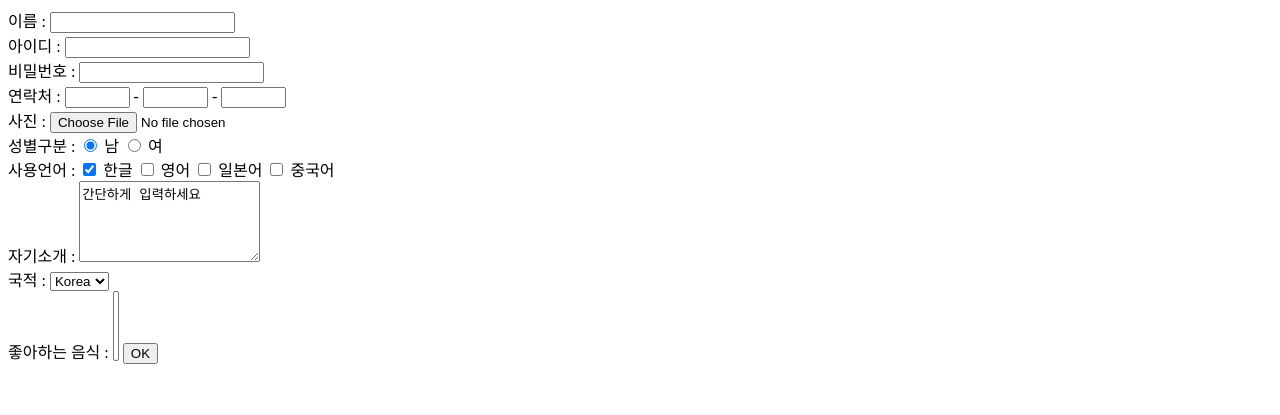
Repository: usonihs/StudyX
Page: JSP/HTML/src/main/webapp/Lec06.html
These files come from the project's save history. The page is drawn as it stood at one moment and after the next save; the edit follows.
The browser window is 1280 px wide. The pictures show the whole page.

Above is the page before, as saved 2022-10-19 06:12:57.

After the next save:
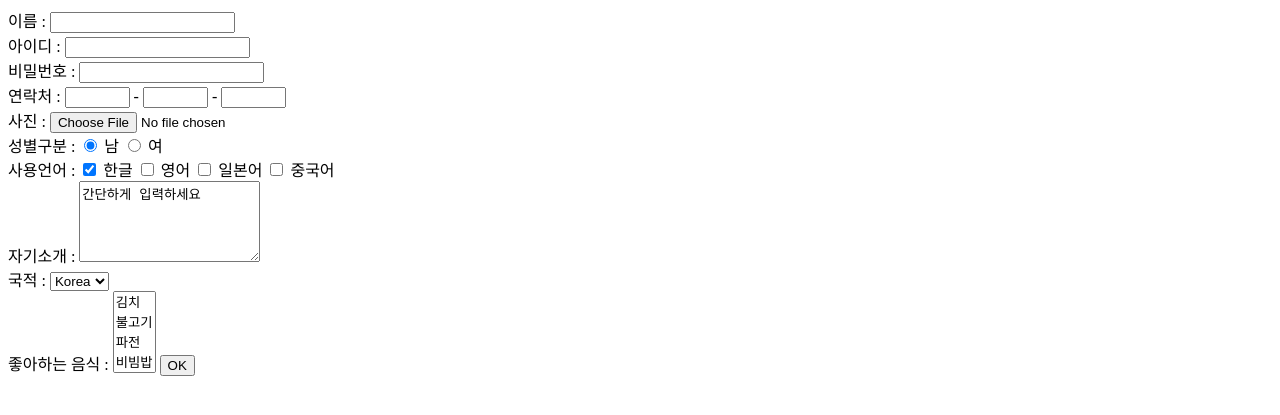
Saved 36 s later.
--- a/JSP/HTML/src/main/webapp/Lec06.html
+++ b/JSP/HTML/src/main/webapp/Lec06.html
@@ -36,7 +36,12 @@
 
 		좋아하는 음식 :
 		<select multiple="multiple">
-		<option></option>
+		<option>김치</option>
+		<option>불고기</option>
+		<option>파전</option>
+		<option>비빔밥</option>
+		<option>냉면</option>
+		<option>순대</option>
 		</select>
 
 		<input type="submit" name="okBtn" value="OK">
